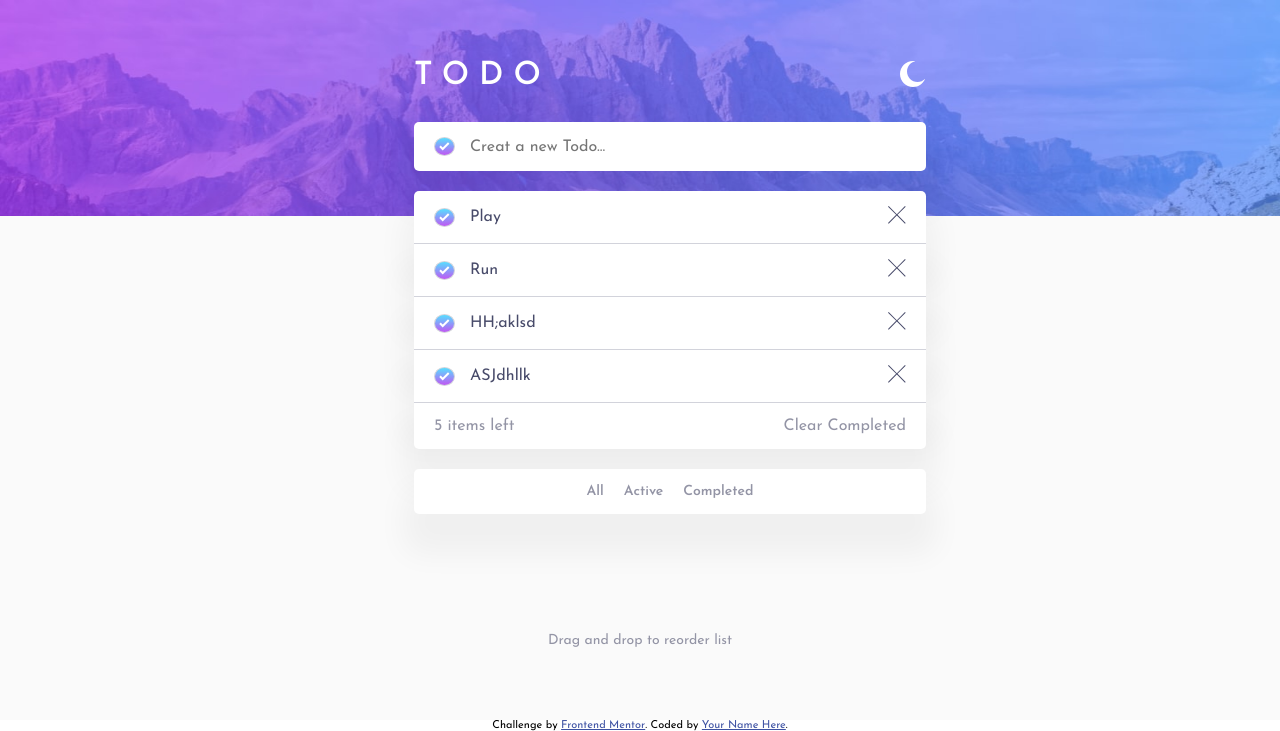
Repository: Baraajad231/Todo-app
Page: /
These files come from the project's save history. The page is drawn as it stood at one moment and after the next save; the edit follows.
The browser window is 1280 px wide. The pictures show the whole page.
The project was rebuilt for these pictures with package versions that can differ from the ones it lists, and the page was loaded fresh each time. Also part of the build but not shown: vite.config.js.

Above is the page before, as saved 2025-12-30 13:43:21.

After the next save:
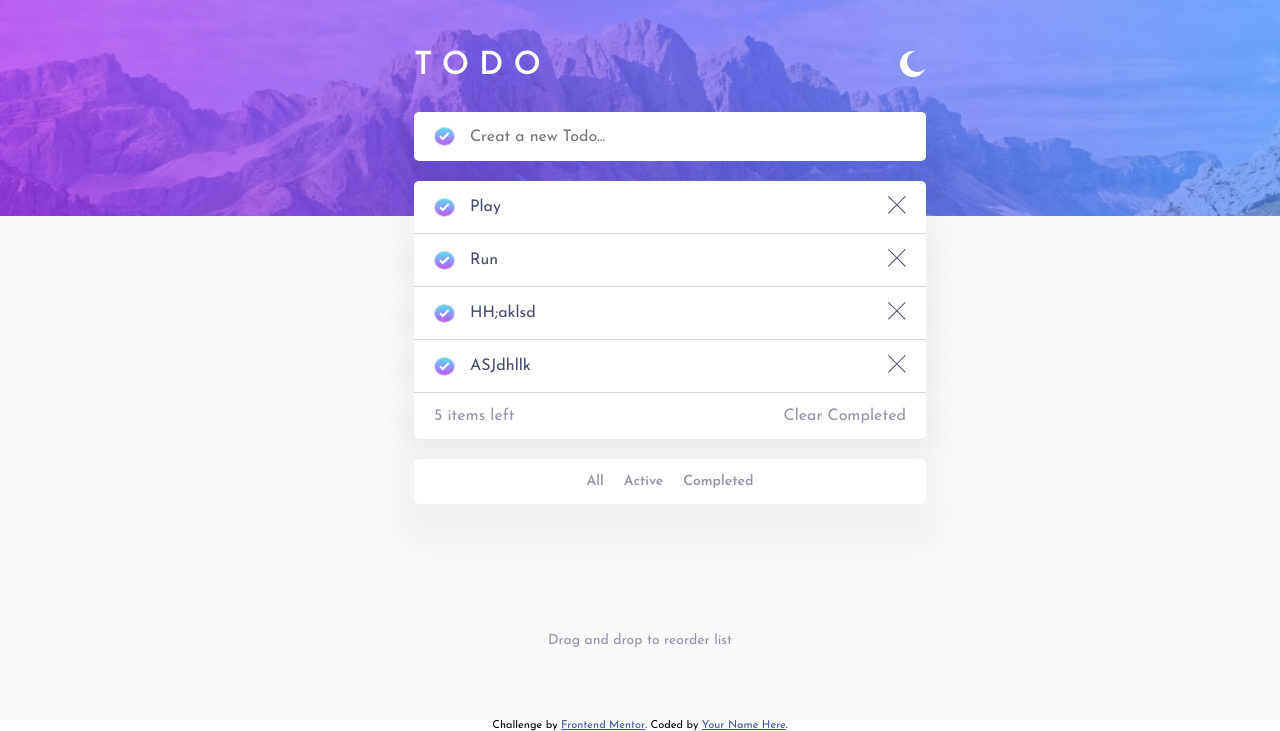
Saved 45 s later.
--- a/styles/style.scss
+++ b/styles/style.scss
@@ -101,7 +101,7 @@ body {
     width: 40%;
     left: 50%;
     transform: translateX(-50%);
-    margin: 6rem 3rem;
+    margin: 5rem 3rem;
   }
 
   &__header {
